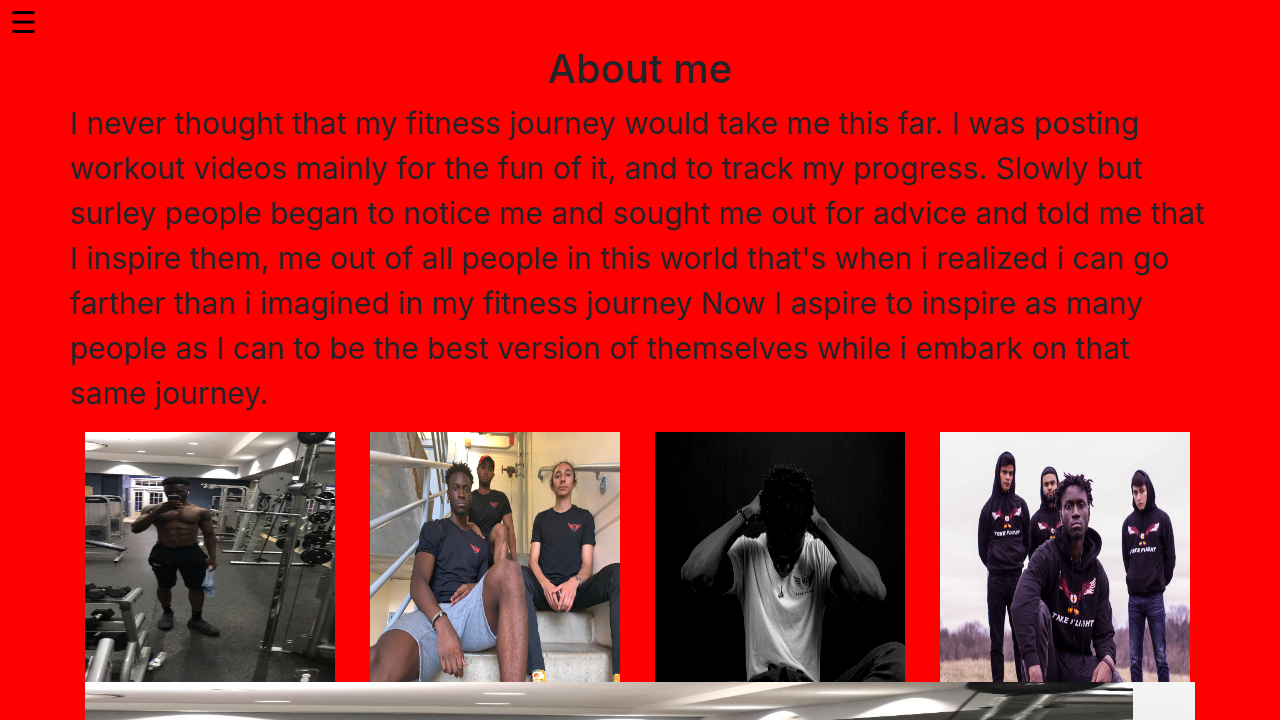
Repository: mamadont/MamadouFitnessWebsite
Page: pages-html/about-me.html
The author's editor kept a copy of each file at every save. The page is drawn from the files as they stood at one save, then again after the next save.
The browser window is 1280 px wide. The pictures show the whole page.
An inner scrolling area shows only its first screen. Some web libraries are served in a nearby version.

Above is the page before, as saved 2020-07-09 00:27:15.

### pages-html/about-me.html
<!DOCTYPE html>
<html>

<head>
    <title>Mamadou Fitness</title>
    <link rel="stylesheet" href='../pages-css/about-me.css'>
    <meta name="viewport" content="width=device-width, initial-scale=1.0">

    <!-- Bootstrap -->
    <link rel="stylesheet" href="https://stackpath.bootstrapcdn.com/bootstrap/4.5.0/css/bootstrap.min.css" integrity="sha384-9aIt2nRpC12Uk9gS9baDl411NQApFmC26EwAOH8WgZl5MYYxFfc+NcPb1dKGj7Sk" crossorigin="anonymous">
    <!-- Animate.CSS-->
    <link rel="stylesheet" href="https://cdnjs.cloudflare.com/ajax/libs/animate.css/4.0.0/animate.min.css" />
    <!-- Font Awesome -->
    <script src="https://kit.fontawesome.com/0a51dc7bb6.js" crossorigin="anonymous"></script>
</head>

<body>
    <!-- Parent container-->
    <div id="main" class="bg">
        <!-- Hamburger Icon-->
        <span class="menu-icon" onclick="openNav()">&#9776; </span>

        <!-- About me content-->
        <div class="container">
            <!-- Header -->
            <div class="row justify-content-center animate__animated animate__slideInDown">
                <h1 id="header"> About me</h1>
            </div>

            <!-- About me description -->
            <div id="about-me-desc" class="row justify-content-center animate__animated animate__slideInLeft">
                <div>
                    <p>I never thought that my fitness journey would take me this far. I was posting workout videos mainly for the fun of it, and to track my progress. Slowly but surley people began to notice me and sought me out for advice and told me that
                        I inspire them, me out of all people in this world that's when i realized i can go farther than i imagined in my fitness journey Now I aspire to inspire as many people as I can to be the best version of themselves while i embark
                        on that same journey.</p>
                </div>
            </div>

            <!-- Images -->
            <div id="image-row" class="row justify-content-center animate__animated animate__slideInRight">
                <div class="col-3">
                    <img src="../assets/pic1.JPG" />
                </div>
                <div class="col-3">
                    <img src="../assets/pic3.JPG" />
                </div>
                <div class="col-3">
                    <img src="../assets/pic4.JPG" />
                </div>
                <div class="col-3">
                    <img src="../assets/pic2.JPG" />
                </div>

            </div>

            <div id="carousel" class="carousel slide animate__animated animate__slideInRight" data-ride="carousel">
                <ol class="carousel-indicators">
                    <li data-target="#carouselExampleIndicators" data-slide-to="0" class="active"></li>
                    <li data-target="#carouselExampleIndicators" data-slide-to="1"></li>
                    <li data-target="#carouselExampleIndicators" data-slide-to="2"></li>
                </ol>
                <div class="carousel-inner">
                    <div class="carousel-item active">
                        <img class="d-block w-100" src="../assets/pic1.JPG" />
                    </div>
                    <div class="carousel-item">
                        <img class="d-block w-100" src="../assets/pic2.JPG" />
                    </div>
                    <div class="carousel-item">
                        <img class="d-block w-100" src="../assets/pic3.JPG" />
                    </div>
                    <div class="carousel-item">
                        <img class="d-block w-100" src="../assets/pic4.JPG" />
                    </div>
                </div>
                <a class="carousel-control-prev" href="#carouselExampleIndicators" role="button" data-slide="prev">
                    <span class="carousel-control-prev-icon" aria-hidden="true"></span>
                    <span class="sr-only">Previous</span>
                </a>
                <a class="carousel-control-next" href="#carouselExampleIndicators" role="button" data-slide="next">
                    <span class="carousel-control-next-icon" aria-hidden="true"></span>
                    <span class="sr-only">Next</span>
                </a>
            </div>

        </div>
    </div>

    <!-- Side menu-->
    <div id="myNav" class="overlay">
        <a href="javascript:void(0)" class="closebtn" onclick="closeNav()">&times;</a>
        <div class="overlay-content">
            <!-- Menu Options -->
            <a href="../index.html">Home</a>
            <a href="./pages-html/about-me.html">About me</a>
            <a href="./social-media.html">Social Media</a>
            <a href="#">Workout Programs</a>
            <a href="#">Shop</a>
            <a href="./contact-me.html">Apply for Coaching</a>
        </div>
    </div>

    <!-- Javascript for this page-->
    <script src="../scripts/script.js"></script>
    <!-- Necessary script tags for Bootstrap-->
    <script src="https://code.jquery.com/jquery-3.5.1.slim.min.js" integrity="sha384-DfXdz2htPH0lsSSs5nCTpuj/zy4C+OGpamoFVy38MVBnE+IbbVYUew+OrCXaRkfj" crossorigin="anonymous"></script>
    <script src="https://cdn.jsdelivr.net/npm/popper.js@1.16.0/dist/umd/popper.min.js" integrity="sha384-Q6E9RHvbIyZFJoft+2mJbHaEWldlvI9IOYy5n3zV9zzTtmI3UksdQRVvoxMfooAo" crossorigin="anonymous"></script>
    <script src="https://stackpath.bootstrapcdn.com/bootstrap/4.5.0/js/bootstrap.min.js" integrity="sha384-OgVRvuATP1z7JjHLkuOU7Xw704+h835Lr+6QL9UvYjZE3Ipu6Tp75j7Bh/kR0JKI" crossorigin="anonymous"></script>
</body>

</html>

### pages-css/about-me.css
/* Background Image */

body,
html {
    height: 100%;
    overflow-x: hidden;
    background-color: red;
}

.bg {
    /* The image used */
    background-color: #FF0000;
    /* Full height */
    height: 100%;
    /* Center and scale the image nicely */
    background-position: center;
    background-repeat: no-repeat;
    background-size: cover;
    z-index: -1;
}


/* Hamburger (Menu) icon */

.menu-icon {
    font-size: 30px;
    cursor: pointer;
    padding-left: 10px;
    color: black;
    height: 300px;
    width: 300px;
}


/* About me header */

#about-me-header {
    text-align: center;
}


/* Menu overlay */

.overlay {
    height: 100%;
    width: 0;
    position: fixed;
    z-index: 1;
    top: 0;
    left: 0;
    background-color: black;
    overflow-x: hidden;
    transition: 0.5s;
}

.overlay-content {
    position: relative;
    top: 25%;
    width: 100%;
    text-align: center;
    margin-top: 30px;
}

.overlay a {
    padding: 8px;
    text-decoration: none;
    font-size: 36px;
    color: #818181;
    display: block;
    transition: 0.3s;
}

.overlay a:hover,
.overlay a:focus {
    color: red;
    text-decoration: none;
}

.overlay .closebtn {
    position: absolute;
    top: 20px;
    right: 45px;
    font-size: 60px;
}

@media screen and (max-height: 450px) {
    .overlay a {
        font-size: 20px
    }
    .overlay .closebtn {
        font-size: 40px;
        top: 15px;
        right: 35px;
    }
}


/* About me content */

p {
    font-size: 30px;
}

img {
    height: 250px;
    width: 250px;
    padding;
    0px;
}

#header {
    text-align: center;
}


/* For smaller screens */

@media(max-width: 767px) {
    p {
        font-size: larger;
    }
    #about-me-desc {
        padding: 20px;
    }
}

### scripts/script.js
function openNav() {
    // Changes width based on the width of the viewport (30% for larger screens, 100% for smaller screens)
    if (window.innerWidth < 1280) {
        document.getElementById("myNav").style.width = "100%";
    } else {
        document.getElementById("myNav").style.width = "30%";
    }

    document.getElementById("main").style.opacity = 0.5;



}

function closeNav() {
    document.getElementById("myNav").style.width = "0%";
    document.getElementById("main").style.opacity = 1.0
}

After the next save:
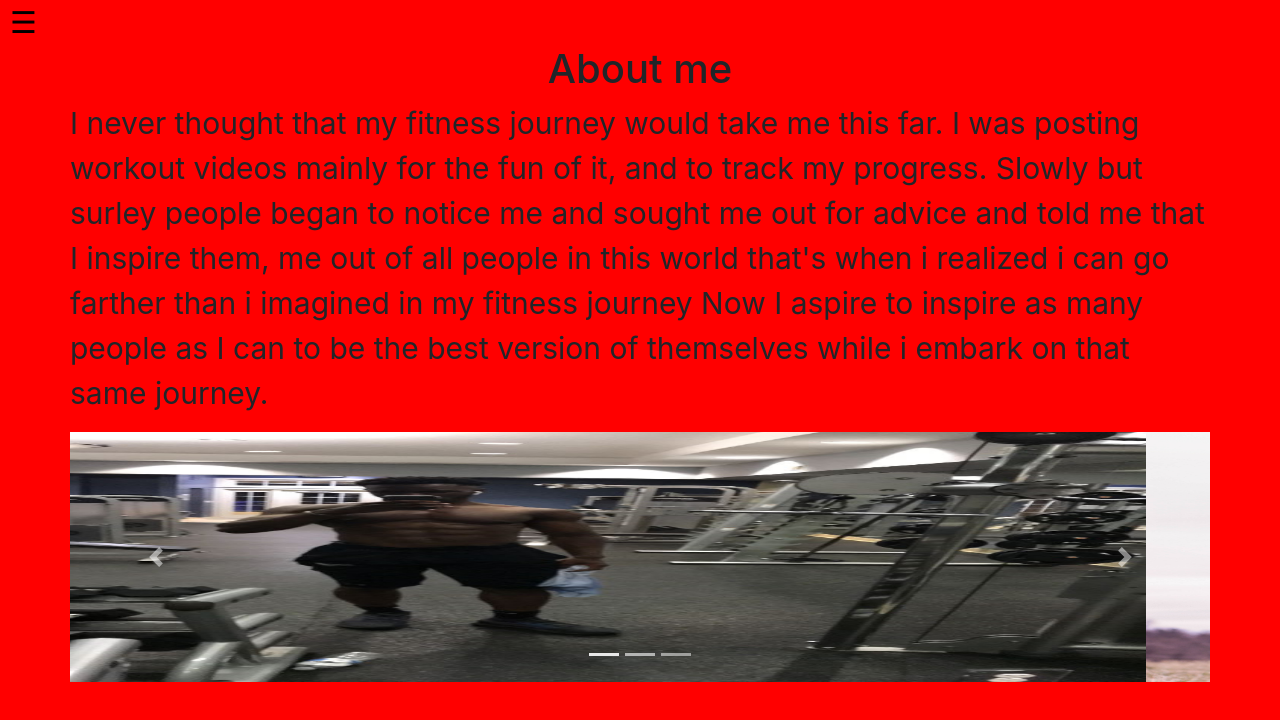
Saved 14 s later.
--- a/pages-html/about-me.html
+++ b/pages-html/about-me.html
@@ -37,7 +37,7 @@
             </div>
 
             <!-- Images -->
-            <div id="image-row" class="row justify-content-center animate__animated animate__slideInRight">
+            <!-- <div id="image-row" class="row justify-content-center animate__animated animate__slideInRight">
                 <div class="col-3">
                     <img src="../assets/pic1.JPG" />
                 </div>
@@ -51,9 +51,9 @@
                     <img src="../assets/pic2.JPG" />
                 </div>
 
-            </div>
+            </div> -->
 
-            <div id="carousel" class="carousel slide animate__animated animate__slideInRight" data-ride="carousel">
+            <div id="carousel" class="row carousel slide animate__animated animate__slideInRight" data-ride="carousel">
                 <ol class="carousel-indicators">
                     <li data-target="#carouselExampleIndicators" data-slide-to="0" class="active"></li>
                     <li data-target="#carouselExampleIndicators" data-slide-to="1"></li>
